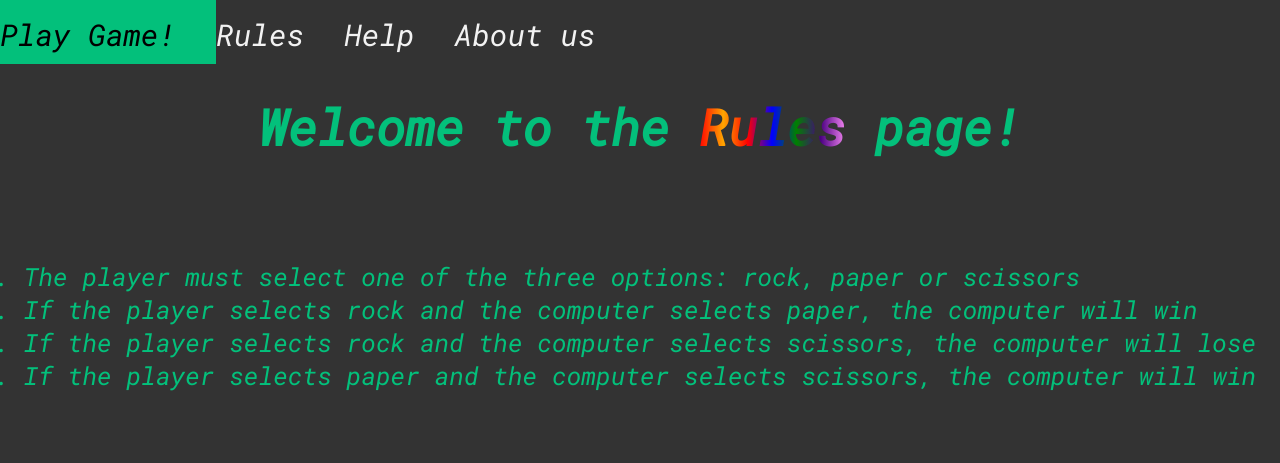
Repository: Ascendrospyder/rock-paper-scissors
Page: rulesPage.html
The author's editor kept a copy of each file at every save. The page is drawn from the files as they stood at one save, then again after the next save.
The browser window is 1280 px wide. The pictures show the whole page.

Above is the page before, as saved 2022-12-26 13:14:45.

After the next save:
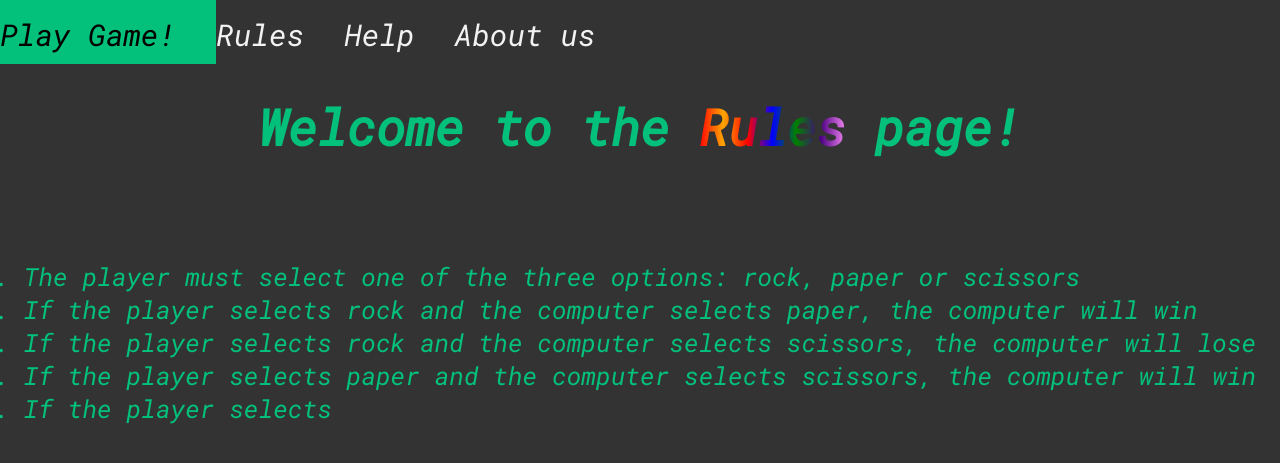
Saved 13 s later.
--- a/rulesPage.html
+++ b/rulesPage.html
@@ -37,6 +37,7 @@
         <li>If the player selects rock and the computer selects paper, the computer will win</li>
         <li>If the player selects rock and the computer selects scissors, the computer will lose</li>
         <li>If the player selects paper and the computer selects scissors, the computer will win</li>
+        <li>If the player selects </li>
 
       </ol>
     </div>
